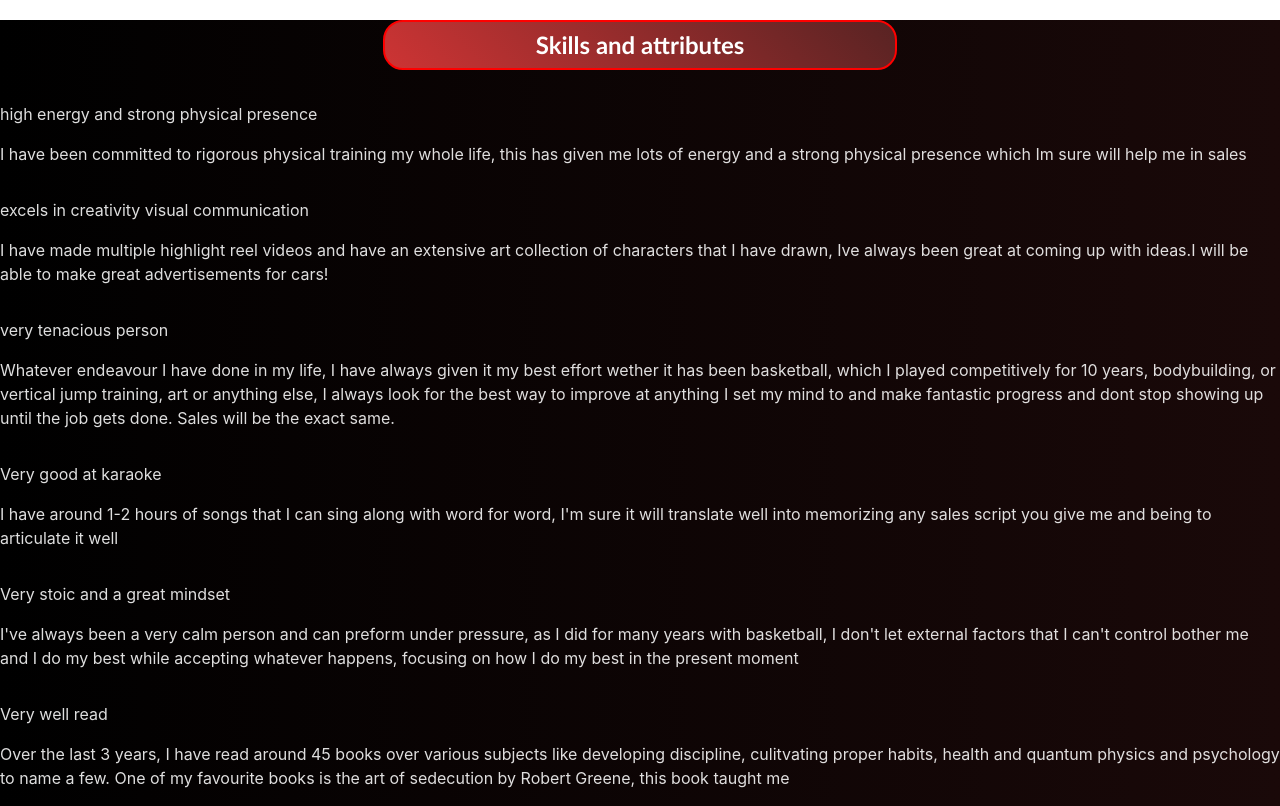
Repository: TMuse333/resume1
Page: /
The author's editor kept a copy of each file at every save. The page is drawn from the files as they stood at one save, then again after the next save.
The browser window is 1280 px wide. The pictures show the whole page.
The project was rebuilt for these pictures with package versions that can differ from the ones it lists, and the page was loaded fresh each time. Also part of the build but not shown: vite.config.js, src/components/navbar.jsx, src/components/about.jsx, src/components/contact.jsx, src/components/footer.jsx, src/components/experience.jsx, src/components/carousel.jsx, src/components/experienceCarousel.jsx and 4 more. Imported but missing from the stored project, and not drawn on this page: src/images/best_dunk.mp4.

Above is the page before, as saved 2023-10-18 15:07:30.

### index.html
<!doctype html>
<html lang="en">
  <head>
    <meta charset="UTF-8" />

    <meta name="viewport" content="width=device-width, initial-scale=1.0" />
    <title>Thomas Musial Resume 1</title>
  </head>
  <body>
    <div id="root"></div>
    <script type="module" src="/src/main.jsx"></script>
  </body>
</html>

### src/main.jsx
import './index.css'
import * as React from 'react';
import { StrictMode } from 'react';
import { createRoot } from 'react-dom/client';
import { BrowserRouter } from 'react-router-dom';

import App from './App';

const rootElement = document.getElementById('root');
const root = createRoot(rootElement);

root.render(
  <StrictMode>
    <BrowserRouter>
      <App />
    </BrowserRouter>
  </StrictMode>
);

### src/index.css
:root {
  font-family: Inter, system-ui, Avenir, Helvetica, Arial, sans-serif;
  line-height: 1.5;
  font-weight: 400;

  /* color-scheme: light dark; */
  color: rgba(255, 255, 255, 0.87);
  background-color: #242424;

  font-synthesis: none;
  text-rendering: optimizeLegibility;
  -webkit-font-smoothing: antialiased;
  -moz-osx-font-smoothing: grayscale;
  -webkit-text-size-adjust: 100%;
}

a {
  font-weight: 500;
/* color:black; */
  text-decoration: inherit;
}
a:hover {

}

body {
  margin: 0;
  display: flex;
  place-items: center;
  min-width: 320px;
  min-height: 100vh;
}

h1 {
  font-size: 3.2em;
  line-height: 1.1;
}

button {
  border-radius: 8px;
  border: 1px solid transparent;
  padding: 0.6em 1.2em;
  font-size: 1em;
  font-weight: 500;
  font-family: inherit;

  cursor: pointer;
  transition: border-color 0.25s;
}
button:hover {

}
button:focus,
button:focus-visible {

}

@media (prefers-color-scheme: light) {
  :root {
    /* color: #213547; */
    background-color: #ffffff;
  }
  a:hover {

  }
  button {
    background-color: #f9f9f9;
  }
}

### src/App.jsx
import { useState } from 'react'
import './App.css'
import {
  BrowserRouter as Router,

  Route, Routes

} from "react-router-dom";




import MainLayout from './components/MainLayout';

import { SkillProvider } from './context/context'
import FAQ from './components/FAQ';
import Progress from './components/progress';


function App() {
  return (
    <>

    <SkillProvider>
   <Routes>

      <Route path='/' element={<MainLayout/>}/>
     <Route path="/FAQ" element={<FAQ/>}/>
     <Route path="/progress" element={<Progress/>}/>
      </Routes>
      </SkillProvider>


   </>
  );
}

export default App;

### src/components/MainLayout.jsx
import React from 'react';
import Navbar from './navbar';
import About from './about';
import Skills from './skills';

import ContactForm from './contact';
import Footer from './footer';
import Carousel from './carousel';



import ExperienceCarousel from './experienceCarousel';
import BulletPointList from './bulletPointList';

 // Replace with the actual path to your Navbar component

function MainLayout({ children }) {
  return (
   <>
   {/* <Navbar/> */}
   {/* <About/> */}
   <Skills/>
   {/* <BulletPointList/> */}
  {/* <Carousel/> */}
    {/* <ExperienceCarousel/> */}
    {/* <ContactForm/> */}
    {/* <Footer/> */}
    </>


  );
}

export default MainLayout;

### src/context/context.jsx
// SkillContext.js

import React, { createContext, useContext, useState } from 'react';

// Create the SkillContext
const SkillContext = createContext();

// Create a custom hook for accessing the SkillContext
export function useSkillContext() {
  return useContext(SkillContext);
}

// Create the SkillProvider component
export function SkillProvider({ children }) {
  const [selectedSkillIndex, setSelectedSkillIndex] = useState(null);

  return (
    <SkillContext.Provider value={{ selectedSkillIndex, setSelectedSkillIndex }}>
      {children}
    </SkillContext.Provider>
  );
}

### src/components/skills.jsx
import React, { useEffect, useState } from 'react';
import { motion } from 'framer-motion';
import { attributes } from './skillDesc';

import { services } from './skillDesc';
import { useSkillContext } from '../context/context';

const Skills = () => {
  const [skillsInView, setSkillsInView] = useState(Array(services.length).fill(false));
  const { selectedSkillIndex, setSelectedSkillIndex } = useSkillContext();
  const [isHovered, setIsHovered] = useState(-1)
  const [isSkillDescriptionVisible, setIsSkillDescriptionVisible] = useState(Array(services.length).fill(false));


  const handleSkillClick = (index) => {
    setSelectedSkillIndex(index);
    console.log(selectedSkillIndex)

    setIsSkillDescriptionVisible((prev) => {
      const newIsSkillDescriptionVisible = [...prev];
      newIsSkillDescriptionVisible[index] = !prev[index];

      return newIsSkillDescriptionVisible;
    });
  };



  const handleHover = () => {
        setIsHovered(index)
  }


  const style = (index) =>( {

    height: selectedSkillIndex === index  && isSkillDescriptionVisible[index]? '375px' : '200px',
    transition: 'height 0.3s ease-in-out',
  })





  const staggerVariants = {
    visible: (index) => ({
      opacity: 1,
      x: 0,
       // Always start from the center
      transition: {
        duration:  + 0.5,
      },
    }),
    hidden: (index) => ({
      opacity: 0,
      x: -100, // Alternate between left and right
    }),
  };

  const skillStyles = (index) => ({
    // boxShadow: isHovered === index ? '0 0 100px rgba(10, 128, 0, 1)' : null,
    backgroundColor: isHovered === index ? 'rgba(305, 100, 100, 1)' : 'transparent',

    transform: isHovered === index ? 'scale(1.2)' : 'scale(1)',
    padding: '10px',
    borderRadius: '30px'

});

  useEffect(() => {
    const handleScroll = () => {
      services.forEach((skill, index) => {
        const skillsSection = document.getElementById(`skill-${index}`);
        if (skillsSection) {
          const { top} = skillsSection.getBoundingClientRect();


          const threshold = 100

          // Check if the skills section is in the viewport with the calculated threshold
          const isInView = top < window.innerHeight - threshold  ;
      //    console.log(`Skill ${index} - top: ${top}, window.innerHeight - threshold: ${window.innerHeight - threshold}, isInView: ${isInView}`);
          // Update the skillsInView array with the new in-view state
          setSkillsInView((prevSkillsInView) => {
            const newSkillsInView = [...prevSkillsInView];
            newSkillsInView[index] = isInView || prevSkillsInView[index]; // Update the state to true if already in view
            return newSkillsInView;
          });
        }
      });
    };

    // Add an event listener for scroll
    window.addEventListener('scroll', handleScroll);

    // Clean up the event listener when the component unmounts
    return () => {
      window.removeEventListener('scroll', handleScroll);
    };
  }, []);




  return (
    <section className="skills-section">
      <h2 className="section-title">Skills and attributes</h2>
      <div className="skills-container ">
        {attributes.map((skill, index) => (
         <div>
          <p>{skill.name}</p>
          <p>{skill.description}</p>
         </div>
        ))}
      </div>
    </section>
  );
};

export default Skills;

### src/components/skillDesc.js
import vegeta from '../images/vegeta-battle.png';
import majinVegeta from '../images/majin-vegeta.png'
import kakashi from '../images/kakashi-susanoo.jpg'
import abu from '../images/abu.png'
import obito from '../images/war_obito.jpg'
import ss1goku from '../images/ss1-goku.png'
import kakashi1 from '../images/first-kakashi.jpg'
import itachi1 from '../images/first-itachi.png'
import susanoo from '../images/susanoo.jpg'
import abuFlex from '../images/aboubacar-5-fire.png'
import vegeta1 from '../images/first-vegeta.png'
import abu1 from '../images/abu3.jpg'
import broly from '../images/broly.jpg'



import dunk from '../images/important_dunk.jpg'
import art from '../images/vegeta_progress.jpg'
import muscle from '../images/muscular_thomas.png'
import goku from '../images/goku-vs-jiren.jpg'

import smallTom from '../images/progress-pics/biggerTMuse.jpg'
import biggerTom from '../images/progress-pics/biggerTMuse.jpg'






export const experiences = [
  {
    title: 'Gym progress',
    description: 'Since the age of 13, I have been dedicated to building a strong body through weight training. '+
    'This has given me a high work capacity and how to deal with stress and work through it, which Im sure is an important skill for sales',
    image: muscle,
    height: 200,
    width: 30,
    maxWidth: 350,
    index:0


  },
  {
    title: 'Drawing progress',
    description: 'Ever since I was a young boy, I have been into drawing, it taught me how to really focus on a particular object and copy it detail for detail '+
    'I am sure I will be able to apply the focus and attention to detail into a sales career! Im sure it will also translate into creating useful and unique advertisements!',
    image: abuFlex,
    height: 50,
    width: 80,
    maxWidth: '300',
    index:1


  },
  {
    title: 'Dunking progress',
    description: "Wanting to ability to dunk for basketball, I dedicated myself to vertical jump training, "+
    "which took a lot more effort and planning than regular bodybuilding. "+
    "I will take the same structured approach to learning the art of sales!",
    image: dunk,
    height: 500,
    width: 250,
    maxWidth: '300',
    index:2

  },


]





  export const services = [
    {
      name: 'A very disciplined and focused individual',
      description: 'I live a very structured life to ensure that no precious time is wasted.'+
      'I always ensure to get around 2 to 4 hours of concentrated work with no distractions in a day while going to the gym first thing in the morning.'+
      ' while ending the day with an hour long meditation.'
    },
    // {
    //   name: 'Strong thirst for knowledge',
    //   description: 'I am always looking for new ways to improve my life and learn how the world works and why. '+
    //   'Over the last two years I have read approximately 45 books covering subjects on self development, psychology and quantum physics among other subjects '+
    //   "to try and understand the best way to navigate through life"
    // },
    // {
    //   name: 'Very calm individual and high stress tolerance',
    //   description: "As a very focused person, I dont let other meaningless external factors effect the primary objective."+
    //   'Through years of competitive basketball and years of weight lifting, I have learned how to preform under pressure situations '+
    //   'and complete the objective. I also practice stoicism and accept things the way they are and focus only on what I can control.'
    // },
    // {
    //   name: 'Very coachable',
    //   description:
    //   'Through out my basketball years I was very obidient to my coaches and did as I was told.'+
    //   'I will take whatever sales training you give me very seriously and do my best to implement it effectivley'
    // },
    // {
    //   name: 'Very tenacious',
    //   description: `Whatever task or subject I've taken on in my life, I have dedicated substantial periods of time to improve at it,` +
    //   'Whenever I put my mind to something I put all of my effort into it and made great improvements at it.'+
    //   " I am ready for sales to be the next thing I become great at."
    // },
    // {
    //   name: 'Competent with technology',
    //   description: 'I completed two years of computer science at Dalhousie university, giving me a solid foundation on how '+
    //   "to use technology. I even built this website myself!"
    // },
    // {
    //   name: 'Very well presented',
    //   description: 'I am aware that how you present yourself matters in a sales job '+
    //   "and I put substantial effort into my appearance by staying in great shape and putting together nice business orientated outfits on to be taken seriously"
    // },
    // {
    //   name: 'Thrives on diligence and hard work.',
    //   description: 'I am a man who is built to work, especially at my young age of 20 where I have large amounts of energy to expend.'+
    //   `I always put my best effort forward because I dislike being lazy and wasting all of my potential, as you only live once.` +
    //   'Where ever I go I put my best foot forward and do my best to gain the maximum benefit from anything I do'
    // },
    // Add more services here if needed
  ];


export const progress = [


  {
    name:'art progress',
    images:[
      {
        name:vegeta1,
        style: {
          width:'50vw',
          maxWidth: '400px',
          maxHeight: null,
          transform: 'translateY(25%)'
        }
      },

      {
        name:vegeta,
        style: {
          width:'50vw',
          maxWidth: '400px',
          maxHeight:'600px'
        }
      },
      {
        name:ss1goku,
        style: {
          width:'50vw',
          maxWidth: '400px',
          maxHeight: '454px',
          transform: 'translateY(25%)',
         // height:'454px'
        }
      },
      {
        name:broly,
        style: {
          width:'50vw',
          maxWidth: '400px',
          maxHeight:'600px'
        }
      },
      {
        name:kakashi1,
        style: {
          width:'50vw',
          maxWidth: '400px',
          maxHeight: null,
          transform: 'translateY(25%)'
        }
      },
      {
        name:kakashi,
        style: {
          width:'50vw',
          maxWidth: '400px',
          maxHeight:'600px'
        }
      },
      {
        name:abu1,
        style: {
          width:'50vw',
          maxWidth: '400px',
          maxHeight:'600px',
        //  height: '231px'
        }
      },
      {
        name:abuFlex,
        style: {
          width:'50vw',
          maxWidth: '400px',
          maxHeight:'600px',
          transform: 'translateY(20%)',
      //  height:'311px'
        }
      },

    ],
    description:
    'art is phenomenal'

  },

]


export const attributes = [
  {
    name: 'high energy and strong physical presence',
    description:'I have been committed to rigorous physical training my whole life, '+
    'this has given me lots of energy and a strong physical presence which Im sure will '+
    'help me in sales'
  },
  {
    name:'excels in creativity visual communication',
    description:'I have made multiple highlight reel videos and have an extensive art '+
    'collection of characters that I have drawn, Ive always been great at coming up with ideas.'+
    'I will be able to make great advertisements for cars!'
  },
  {
    name:'very tenacious person',
    description:'Whatever endeavour I have done in my life, I have always given it my best effort '+
    'wether it has been basketball, which I played competitively for 10 years, bodybuilding, or vertical jump training, art or '+
    'anything else, I always look for the best way to improve at anything I set my mind to and make fantastic progress and dont stop '+
    'showing up until the job gets done. Sales will be the exact same.'
  },
  {
    name:'Very good at karaoke',
    description:'I have around 1-2 hours of songs that I can sing along with word for word, '+
    "I'm sure it will translate well into memorizing any sales script you give me and being to articulate it well"
  },
  {
    name:'Very stoic and a great mindset',
    description:"I've always been a very calm person and can preform under pressure, as I did for many years "+
    "with basketball, I don't let external factors that I can't control bother me and I do my best while accepting whatever happens, "+
    "focusing on how I do my best in the present moment"
  },
  {
    name:'Very well read',
    description:'Over the last 3 years, I have read around 45 books over various subjects like developing discipline, culitvating proper habits, '
    +'health and quantum physics and psychology to name a few. One of my favourite books '+
    'is the art of sedecution by Robert Greene, this book taught me'
  }

]

Loaded but not shown: src/App.css (713 lines, source omitted)

After the next save:
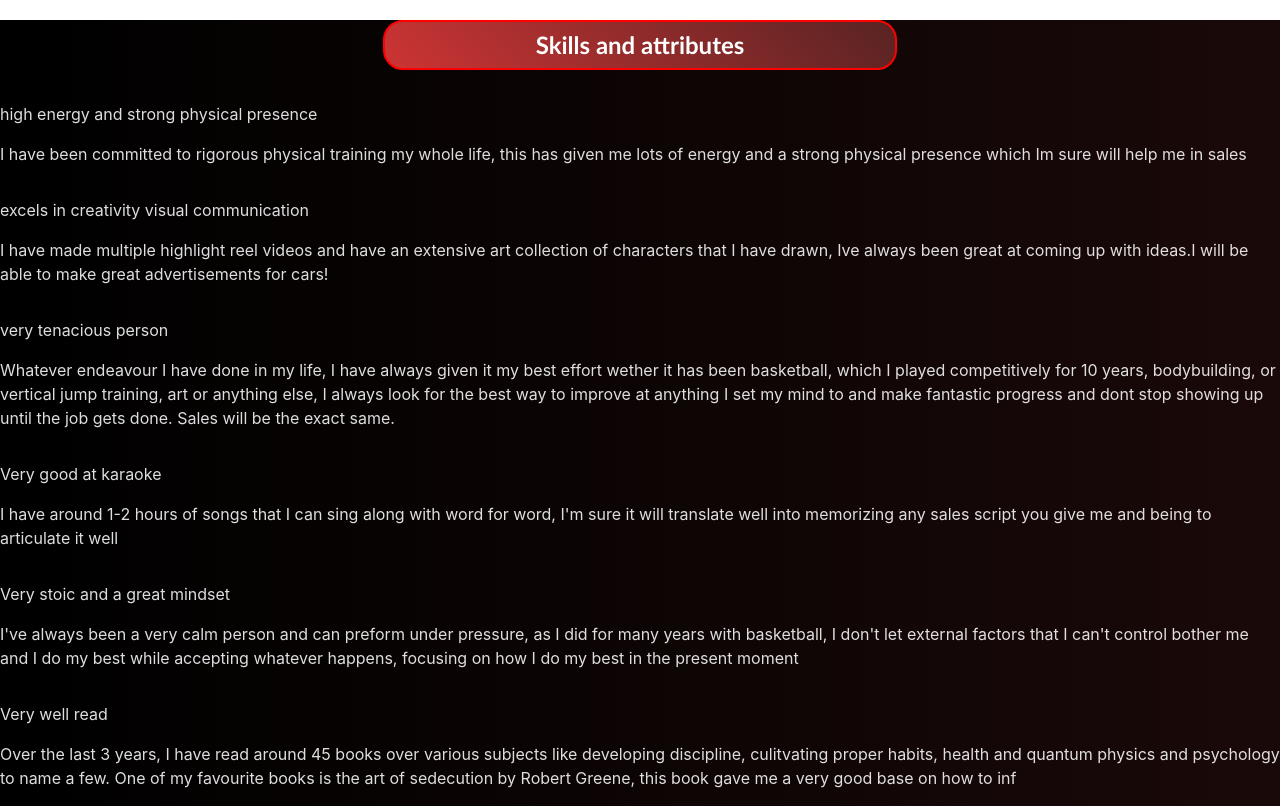
Saved 12 s later.
--- a/src/components/skillDesc.js
+++ b/src/components/skillDesc.js
@@ -246,7 +246,8 @@ export const attributes = [
     name:'Very well read',
     description:'Over the last 3 years, I have read around 45 books over various subjects like developing discipline, culitvating proper habits, '
     +'health and quantum physics and psychology to name a few. One of my favourite books '+
-    'is the art of sedecution by Robert Greene, this book taught me'
+    'is the art of sedecution by Robert Greene, this book gave me a very good base on how to '+
+    'inf'
   }
 
 ]
